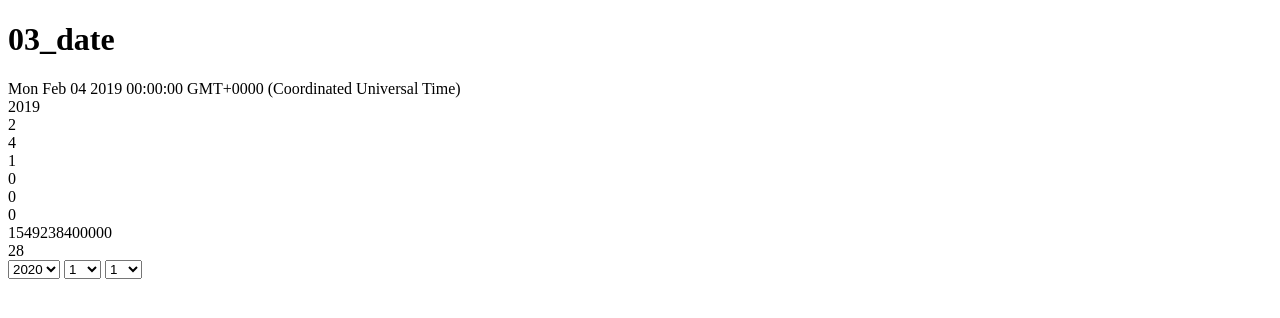
Repository: psun2/Korea-IT-Academy
Page: (back up) _ 오전/study_a/web_work/scriptProj/WebContent/func/03_date.html
These files come from the project's save history. The page is drawn as it stood at one moment and after the next save; the edit follows.
The browser window is 1280 px wide. The pictures show the whole page.

Above is the page before, as saved 2020-08-05 05:18:13.

After the next save:
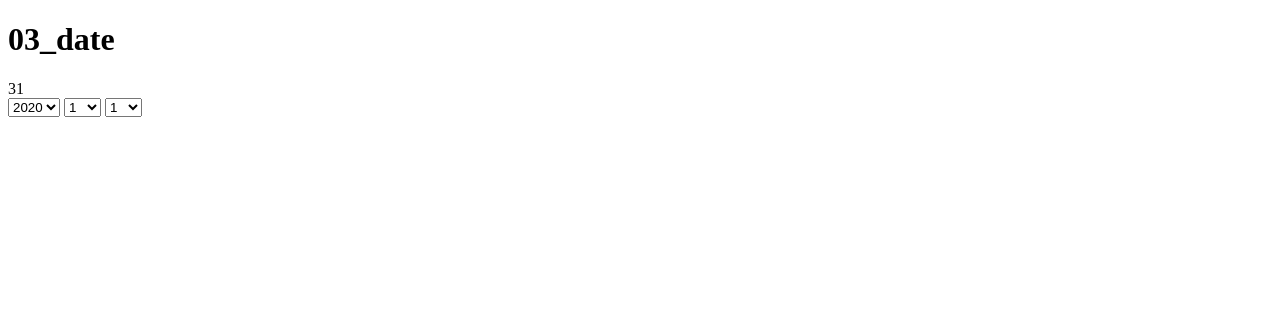
Saved 77 s later.
--- a/(back up) _ 오전/study_a/web_work/scriptProj/WebContent/func/03_date.html
+++ b/(back up) _ 오전/study_a/web_work/scriptProj/WebContent/func/03_date.html
@@ -8,22 +8,7 @@
 <h1>03_date</h1>
 <script>
 
-
-	var today = new Date("2019-02-04")
-	document.write(today+"<br>")
-	document.write(today.getFullYear()+"<br>")
-	document.write(today.getMonth()+1+"<br>")
-	document.write(today.getDate()+"<br>")
-	document.write(today.getDay()+"<br>")
-	document.write(today.getHours()+"<br>")
-	document.write(today.getMinutes()+"<br>")
-	document.write(today.getSeconds()+"<br>")
-	document.write(today.getTime()+"<br>")
-
-
-
-
-
+	var today = new Date()
 
 	var lastDay = new Date(today.getFullYear(),today.getMonth()+1,0)
 	document.write(lastDay.getDate()+"<br>")
@@ -39,14 +24,14 @@
 	<select name="yy" id="" onchange="diaryChange()">
 	<script>
 		for (var i = 2020; i >1990; i--) {
-			document.write('<option value="">'+i+'</option>')
+			document.write('<option>'+i+'</option>')
 		}
 	</script>
 	</select>
 	<select name="mm" id="" onchange="diaryChange()">
 		<script>
 			for (var i = 1; i<=12; i++) {
-				document.write('<option value="">'+i+'</option>')
+				document.write('<option>'+i+'</option>')
 			}
 		</script>
 
@@ -54,7 +39,7 @@
 	<select name="dd" id="">
 		<script>
 			for (var i = 1; i<=lastDay.getDate(); i++) {
-				document.write('<option value="">'+i+'</option>')
+				document.write('<option>'+i+'</option>')
 			}
 		</script>
 	</select>
